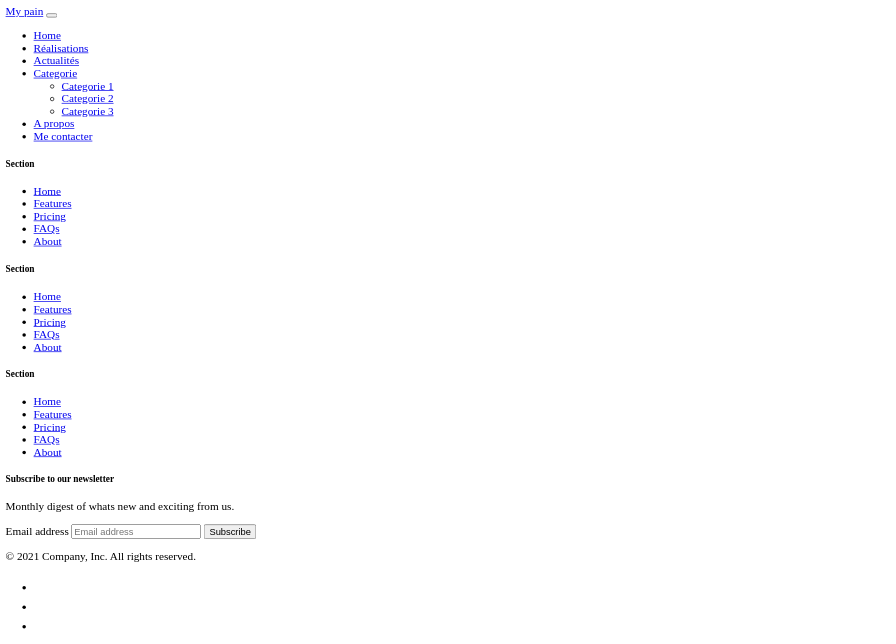
Repository: Amedee7/mypain
Page: templates/home/index.html.twig
The author's editor kept a copy of each file at every save. The page is drawn from the files as they stood at one save, then again after the next save.
The browser window is 1280 px wide. The pictures show the whole page, at 70% of full size.
The page is a Twig template of a Symfony application; nobody is signed in and links lead nowhere. Other server files are loaded and not shown. The template is opened directly, without the code that normally fills it, so the values that code supplies are empty.

Above is the page before, as saved 2022-03-04 12:17:11.

### templates/home/index.html.twig
{% extends 'base.html.twig' %}

{% block title %}Hello HomeController!
{% endblock %}

{% block body %}{% endblock %}

### templates/base.html.twig
<!DOCTYPE html>
<html>
	<head>
		<meta charset="UTF-8" name="viewport" content="width=device-width, initial-scale=1">
		<title>
			{% block title %}Welcome!
			{% endblock %}
		</title>
		{% block stylesheets %}
			{{ encore_entry_link_tags('app') }}
		{% endblock %}

		{% block javascripts %}
			{{ encore_entry_script_tags('app') }}
		{% endblock %}
	</head>
	<body>
		{% include 'base/nav.html.twig' %}
		{% block body %}{% endblock %}
		{% include 'base/footer.html.twig' %}

	</body>
</html>

### webpack.config.js
const Encore = require('@symfony/webpack-encore');

// Manually configure the runtime environment if not already configured yet by the "encore" command.
// It's useful when you use tools that rely on webpack.config.js file.
if (!Encore.isRuntimeEnvironmentConfigured()) {
    Encore.configureRuntimeEnvironment(process.env.NODE_ENV || 'dev');
}

Encore
    // directory where compiled assets will be stored
    .setOutputPath('public/build/')
    // public path used by the web server to access the output path
    .setPublicPath('/build')
    // only needed for CDN's or sub-directory deploy
    //.setManifestKeyPrefix('build/')

    /*
     * ENTRY CONFIG
     *
     * Each entry will result in one JavaScript file (e.g. app.js)
     * and one CSS file (e.g. app.css) if your JavaScript imports CSS.
     */
    .addEntry('app', './assets/app.js')

    // enables the Symfony UX Stimulus bridge (used in assets/bootstrap.js)
    .enableStimulusBridge('./assets/controllers.json')

    // When enabled, Webpack "splits" your files into smaller pieces for greater optimization.
    .splitEntryChunks()

    // will require an extra script tag for runtime.js
    // but, you probably want this, unless you're building a single-page app
    .enableSingleRuntimeChunk()

    /*
     * FEATURE CONFIG
     *
     * Enable & configure other features below. For a full
     * list of features, see:
     * https://symfony.com/doc/current/frontend.html#adding-more-features
     */
    .cleanupOutputBeforeBuild()
    .enableBuildNotifications()
    .enableSourceMaps(!Encore.isProduction())
    // enables hashed filenames (e.g. app.abc123.css)
    .enableVersioning(Encore.isProduction())

    .configureBabel((config) => {
        config.plugins.push('@babel/plugin-proposal-class-properties');
    })

    // enables @babel/preset-env polyfills
    .configureBabelPresetEnv((config) => {
        config.useBuiltIns = 'usage';
        config.corejs = 3;
    })

    // enables Sass/SCSS support
    .enableSassLoader()

    // uncomment if you use TypeScript
    //.enableTypeScriptLoader()

    // uncomment if you use React
    //.enableReactPreset()

    // uncomment to get integrity="..." attributes on your script & link tags
    // requires WebpackEncoreBundle 1.4 or higher
    //.enableIntegrityHashes(Encore.isProduction())

    // uncomment if you're having problems with a jQuery plugin
    //.autoProvidejQuery()
    ;

module.exports = Encore.getWebpackConfig();

### templates/base/nav.html.twig
<nav class="navbar navbar-expand-sm navbar-dark bg-dark" aria-label="Third navbar example">
	<div class="container">
		<a class="navbar-brand" href="#">My pain</a>
		<button class="navbar-toggler" type="button" data-bs-toggle="collapse" data-bs-target="#navbarsExample03" aria-controls="navbarsExample03" aria-expanded="false" aria-label="Toggle navigation">
			<span class="navbar-toggler-icon"></span>
		</button>

		<div class="collapse navbar-collapse justify-content-md-center" id="navbarsExample03">
			<ul class="navbar-nav">
				<li class="nav-item">
					<a class="nav-link active" aria-current="page" href="#">Home</a>
				</li>
				<li class="nav-item">
					<a class="nav-link" href="#">Réalisations</a>
				</li>
				<li class="nav-item">
					<a class="nav-link" href="#">Actualités</a>
				</li>
				<li class="nav-item dropdown">
					<a class="nav-link dropdown-toggle" href="#" id="dropdown03" data-bs-toggle="dropdown" aria-expanded="false">Categorie</a>
					<ul class="dropdown-menu" aria-labelledby="dropdown03">
						<li>
							<a class="dropdown-item" href="#">Categorie 1</a>
						</li>
						<li>
							<a class="dropdown-item" href="#">Categorie 2</a>
						</li>
						<li>
							<a class="dropdown-item" href="#">Categorie 3</a>
						</li>
					</ul>
				</li>
				<li class="nav-item">
					<a class="nav-link" href="#">A propos</a>
				</li>
				<li class="nav-item">
					<a class="navbar-btn btn btn-sn btn-primary lift ms-auto" href="#">Me contacter</a>
				</li>
			</ul>
		</div>
	</div>
</nav>

### templates/base/footer.html.twig
<div class="container">
	<footer class="py-5">
		<div class="row">
			<div class="col-2">
				<h5>Section</h5>
				<ul class="nav flex-column">
					<li class="nav-item mb-2">
						<a href="#" class="nav-link p-0 text-muted">Home</a>
					</li>
					<li class="nav-item mb-2">
						<a href="#" class="nav-link p-0 text-muted">Features</a>
					</li>
					<li class="nav-item mb-2">
						<a href="#" class="nav-link p-0 text-muted">Pricing</a>
					</li>
					<li class="nav-item mb-2">
						<a href="#" class="nav-link p-0 text-muted">FAQs</a>
					</li>
					<li class="nav-item mb-2">
						<a href="#" class="nav-link p-0 text-muted">About</a>
					</li>
				</ul>
			</div>

			<div class="col-2">
				<h5>Section</h5>
				<ul class="nav flex-column">
					<li class="nav-item mb-2">
						<a href="#" class="nav-link p-0 text-muted">Home</a>
					</li>
					<li class="nav-item mb-2">
						<a href="#" class="nav-link p-0 text-muted">Features</a>
					</li>
					<li class="nav-item mb-2">
						<a href="#" class="nav-link p-0 text-muted">Pricing</a>
					</li>
					<li class="nav-item mb-2">
						<a href="#" class="nav-link p-0 text-muted">FAQs</a>
					</li>
					<li class="nav-item mb-2">
						<a href="#" class="nav-link p-0 text-muted">About</a>
					</li>
				</ul>
			</div>

			<div class="col-2">
				<h5>Section</h5>
				<ul class="nav flex-column">
					<li class="nav-item mb-2">
						<a href="#" class="nav-link p-0 text-muted">Home</a>
					</li>
					<li class="nav-item mb-2">
						<a href="#" class="nav-link p-0 text-muted">Features</a>
					</li>
					<li class="nav-item mb-2">
						<a href="#" class="nav-link p-0 text-muted">Pricing</a>
					</li>
					<li class="nav-item mb-2">
						<a href="#" class="nav-link p-0 text-muted">FAQs</a>
					</li>
					<li class="nav-item mb-2">
						<a href="#" class="nav-link p-0 text-muted">About</a>
					</li>
				</ul>
			</div>

			<div class="col-4 offset-1">
				<form>
					<h5>Subscribe to our newsletter</h5>
					<p>Monthly digest of whats new and exciting from us.</p>
					<div class="d-flex w-100 gap-2">
						<label for="newsletter1" class="visually-hidden">Email address</label>
						<input id="newsletter1" type="text" class="form-control" placeholder="Email address">
						<button class="btn btn-primary" type="button">Subscribe</button>
					</div>
				</form>
			</div>
		</div>

		<div class="d-flex justify-content-between py-4 my-4 border-top">
			<p>&copy; 2021 Company, Inc. All rights reserved.</p>
			<ul class="list-unstyled d-flex">
				<li class="ms-3">
					<a class="link-dark" href="#">
						<svg class="bi" width="24" height="24"><use xlink:href="#twitter"/></svg>
					</a>
				</li>
				<li class="ms-3">
					<a class="link-dark" href="#">
						<svg class="bi" width="24" height="24"><use xlink:href="#instagram"/></svg>
					</a>
				</li>
				<li class="ms-3">
					<a class="link-dark" href="#">
						<svg class="bi" width="24" height="24"><use xlink:href="#facebook"/></svg>
					</a>
				</li>
			</ul>
		</div>
	</footer>
</div>

### templates/home/welcome.html.twig
<div id="myCarousel" class="carousel slide" data-bs-ride="carousel">
	<div class="carousel-indicators">
		<button type="button" data-bs-target="#myCarousel" data-bs-slide-to="0" class="active" aria-current="true" aria-label="Slide 1"></button>
		<button type="button" data-bs-target="#myCarousel" data-bs-slide-to="1" aria-label="Slide 2"></button>
		<button type="button" data-bs-target="#myCarousel" data-bs-slide-to="2" aria-label="Slide 3"></button>
	</div>
	<div class="carousel-inner">
		<div class="carousel-item active">
			<svg class="bd-placeholder-img" width="100%" height="100%" xmlns="http://www.w3.org/2000/svg" aria-hidden="true" preserveaspectratio="xMidYMid slice" focusable="false"><rect width="100%" height="100%" fill="#777"/></svg>

			<div class="container">
				<div class="carousel-caption text-start">
					<h1>Example headline.</h1>
					<p>Some representative placeholder content for the first slide of the carousel.</p>
					<p>
						<a class="btn btn-lg btn-primary" href="#">Sign up today</a>
					</p>
				</div>
			</div>
		</div>
		<div class="carousel-item">
			<svg class="bd-placeholder-img" width="100%" height="100%" xmlns="http://www.w3.org/2000/svg" aria-hidden="true" preserveaspectratio="xMidYMid slice" focusable="false"><rect width="100%" height="100%" fill="#777"/></svg>

			<div class="container">
				<div class="carousel-caption">
					<h1>Another example headline.</h1>
					<p>Some representative placeholder content for the second slide of the carousel.</p>
					<p>
						<a class="btn btn-lg btn-primary" href="#">Learn more</a>
					</p>
				</div>
			</div>
		</div>
		<div class="carousel-item">
			<svg class="bd-placeholder-img" width="100%" height="100%" xmlns="http://www.w3.org/2000/svg" aria-hidden="true" preserveaspectratio="xMidYMid slice" focusable="false"><rect width="100%" height="100%" fill="#777"/></svg>

			<div class="container">
				<div class="carousel-caption text-end">
					<h1>One more for good measure.</h1>
					<p>Some representative placeholder content for the third slide of this carousel.</p>
					<p>
						<a class="btn btn-lg btn-primary" href="#">Browse gallery</a>
					</p>
				</div>
			</div>
		</div>
	</div>
	<button class="carousel-control-prev" type="button" data-bs-target="#myCarousel" data-bs-slide="prev">
		<span class="carousel-control-prev-icon" aria-hidden="true"></span>
		<span class="visually-hidden">Previous</span>
	</button>
	<button class="carousel-control-next" type="button" data-bs-target="#myCarousel" data-bs-slide="next">
		<span class="carousel-control-next-icon" aria-hidden="true"></span>
		<span class="visually-hidden">Next</span>
	</button>
</div>

After the next save:
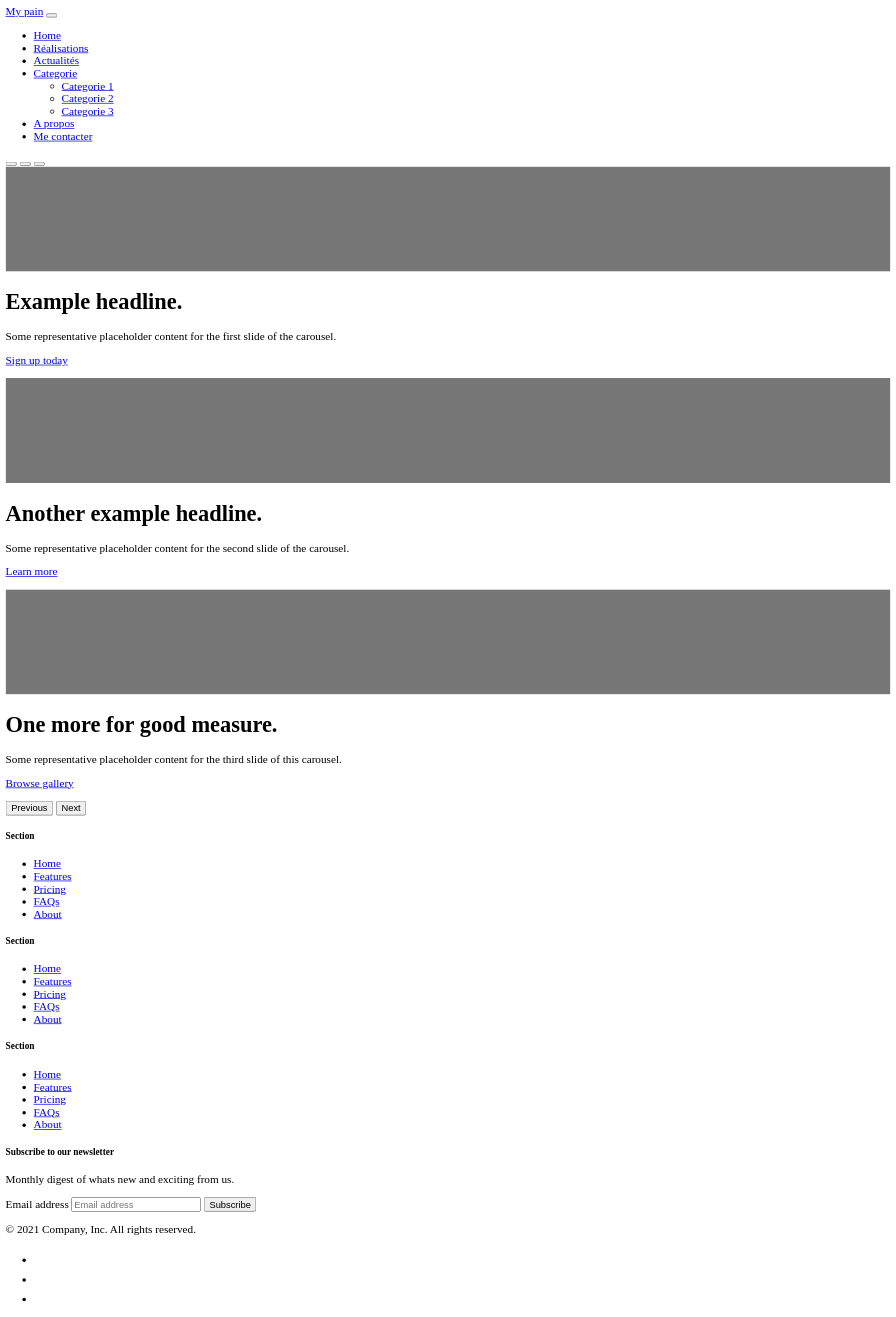
Saved 9 s later.
--- a/templates/home/index.html.twig
+++ b/templates/home/index.html.twig
@@ -1,6 +1,8 @@
 {% extends 'base.html.twig' %}
 
-{% block title %}Hello HomeController!
+{% block title %}Accueil
 {% endblock %}
 
-{% block body %}{% endblock %}
+{% block body %}
+	{% include 'home/welcome.html.twig' %}
+{% endblock %}
